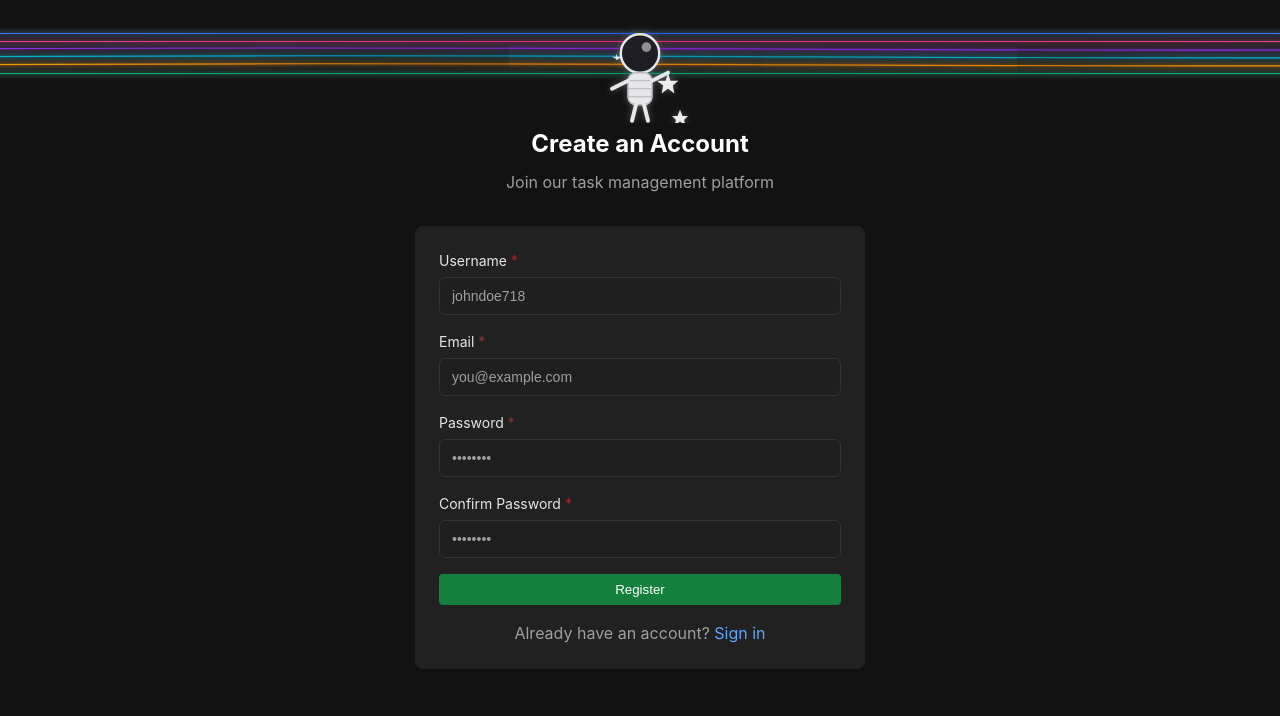
Repository: AnooshaaAli/TaskManagementAndTeamCollaborationTool
Page: / (app in frontend/)
An editor plug-in stored every save of this project. The page is shown before and after the next save, followed by the edit.
The browser window is 1280 px wide. The pictures show the whole page.
The project was rebuilt for these pictures with package versions that can differ from the ones it lists, and the page was loaded fresh each time. Also part of the build but not shown: frontend/src/App.css, frontend/src/pages/LoginPage.jsx, frontend/src/components/Calendar.jsx, frontend/src/styles/notification-list.css, frontend/src/components/NotificationList.jsx, frontend/src/styles/task-item.css, frontend/src/components/EditTask.jsx, frontend/src/styles/confirmDialog.css and 27 more.

Above is the page before, as saved 2025-04-28 00:32:40.

After the next save:
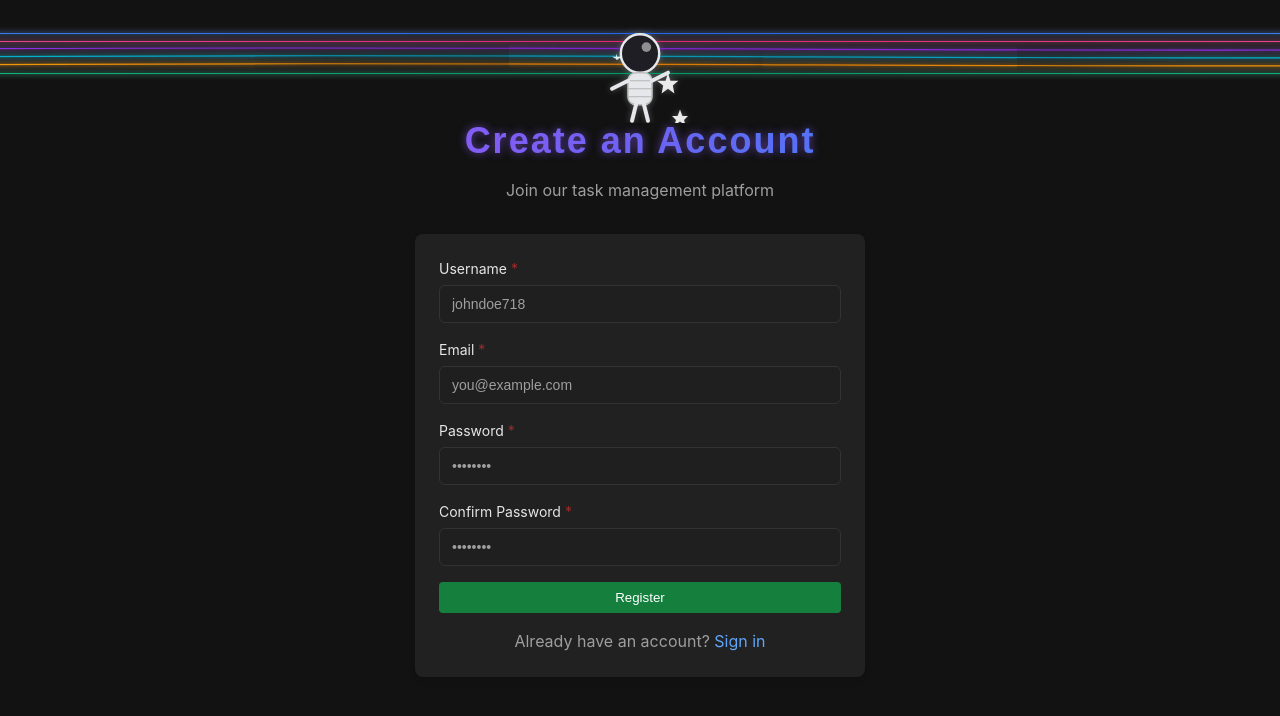
Saved 5 s later.
--- a/frontend/src/pages/RegisterPage.jsx
+++ b/frontend/src/pages/RegisterPage.jsx
@@ -98,7 +98,7 @@
       </div>
       <div className="register-wrapper">
         <div className="register-header">
-          <h1 className="register-title">Create an Account</h1>
+          <h1 className="app-name">Create an Account</h1>
           <p className="register-subtitle">Join our task management platform</p>
         </div>
 
